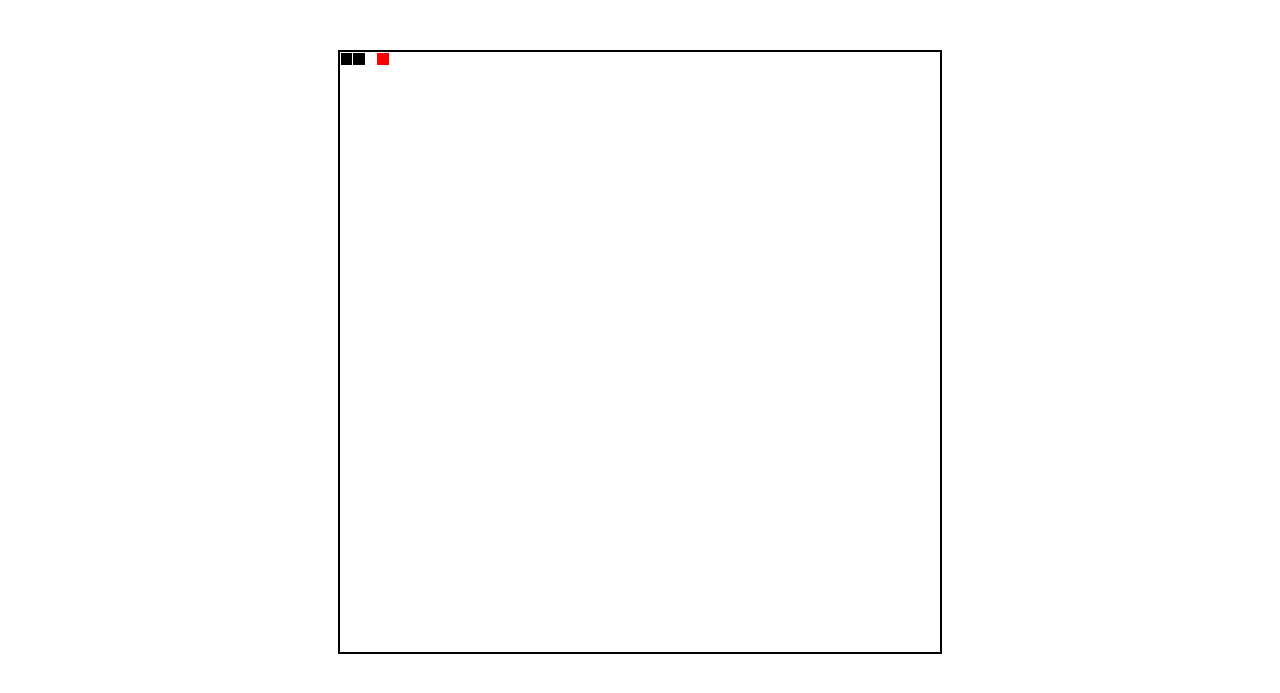
Repository: Krashgul/React_Snake_Game
Page: /
These files come from the project's save history. The page is drawn as it stood at one moment and after the next save; the edit follows.
The browser window is 1280 px wide. The pictures show the whole page.
The project was rebuilt for these pictures with package versions that can differ from the ones it lists, and the page was loaded fresh each time.

Above is the page before, as saved 2021-02-23 23:19:57.

### src/index.css
/* .game-area {
  position: relative;
  margin: 50px auto;
  width: 600px;
  height: 600px;
  border: 2px solid #000;
}

.snake-dot {
  position: absolute;
  width: 2%;
  height: 2%;
  background-color: rgb(104, 219, 68);
  border: 2px solid rgb(73, 153, 48);
  z-index: 2;
}

.snake-food {
  position: absolute;
  width: 2%;
  height: 2%;
  background: rgb(66, 60, 60);
  border: 1px solid #000;
  z-index: 1;
} */
.game-area {
  position: relative;
  margin: 50px auto;
  width: 600px;
  height: 600px;
  border: 2px solid #000;
}

.snake-dot {
  position: absolute;
  width: 2%;
  height: 2%;
  background-color: #000;
  border: 1px solid #fff;
  z-index: 2;
}

.snake-food {
  position: absolute;
  width: 2%;
  height: 2%;
  background: red;
  border: 1px solid #fff;
  z-index: 1;
}

### src/App.js
import React, { Component } from 'react';
import Snake from './Snake';
import Food from './Food';


class App extends Component  {

  state = {
    food:[6,0],
    snakeDots: [
      [0,0],
      [2,0]
  ]
}


  render() {
    return (
      <div className="game-area">
        <Snake snakeDots={this.state.snakeDots} />
        <Food dot={this.state.food}/>
      </div>
    );
  }
}

export default App;

### src/Snake.js
import React from 'react';

export default (props) => {
  return (
    <div>
      {props.snakeDots.map((dot, i) => {
        const style = {
          left: `${dot[0]}%`,
          top: `${dot[1]}%`
        }
        return (
          <div className="snake-dot" key={i} style={style}></div>
        )
      })}
    </div>
  )
}

Loaded but not shown: public/index.html (common file); src/index.js (common file); src/serviceWorker.js (common file); src/Food.js (common file)

After the next save:
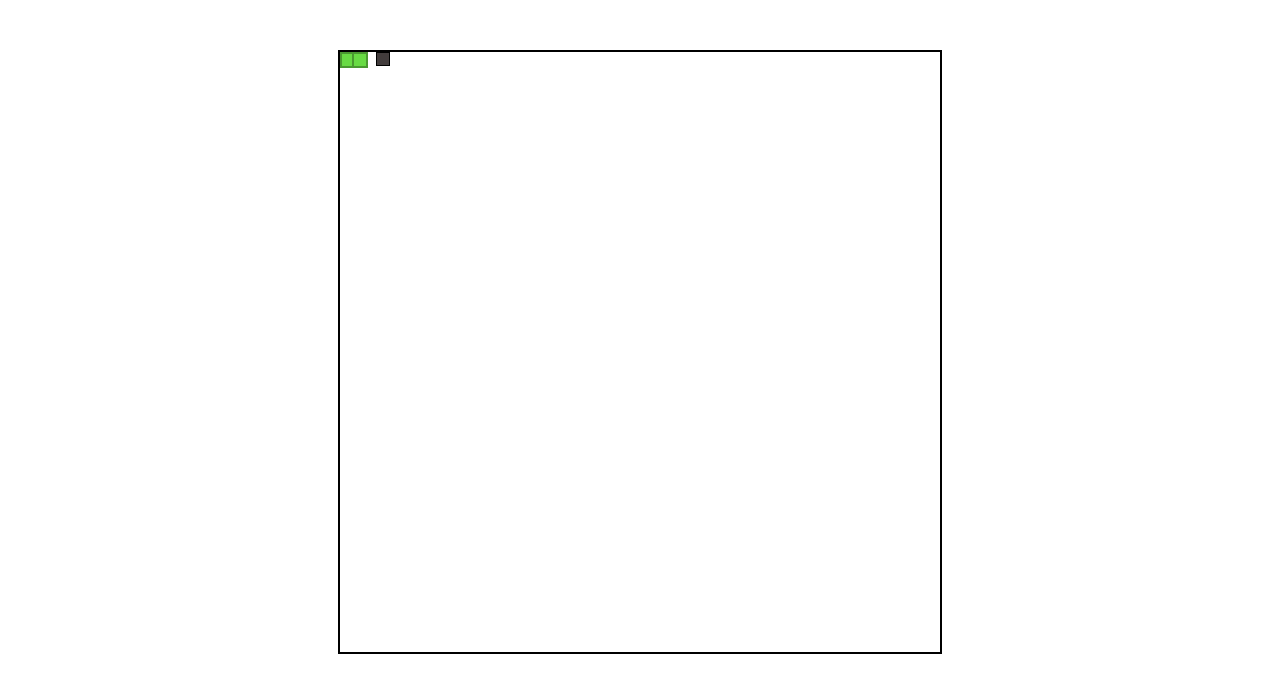
Saved 93 s later.
--- a/src/index.css
+++ b/src/index.css
@@ -1,4 +1,4 @@
-/* .game-area {
+.game-area {
   position: relative;
   margin: 50px auto;
   width: 600px;
@@ -22,29 +22,4 @@
   background: rgb(66, 60, 60);
   border: 1px solid #000;
   z-index: 1;
-} */
-.game-area {
-  position: relative;
-  margin: 50px auto;
-  width: 600px;
-  height: 600px;
-  border: 2px solid #000;
 }
-
-.snake-dot {
-  position: absolute;
-  width: 2%;
-  height: 2%;
-  background-color: #000;
-  border: 1px solid #fff;
-  z-index: 2;
-}
-
-.snake-food {
-  position: absolute;
-  width: 2%;
-  height: 2%;
-  background: red;
-  border: 1px solid #fff;
-  z-index: 1;
-}
